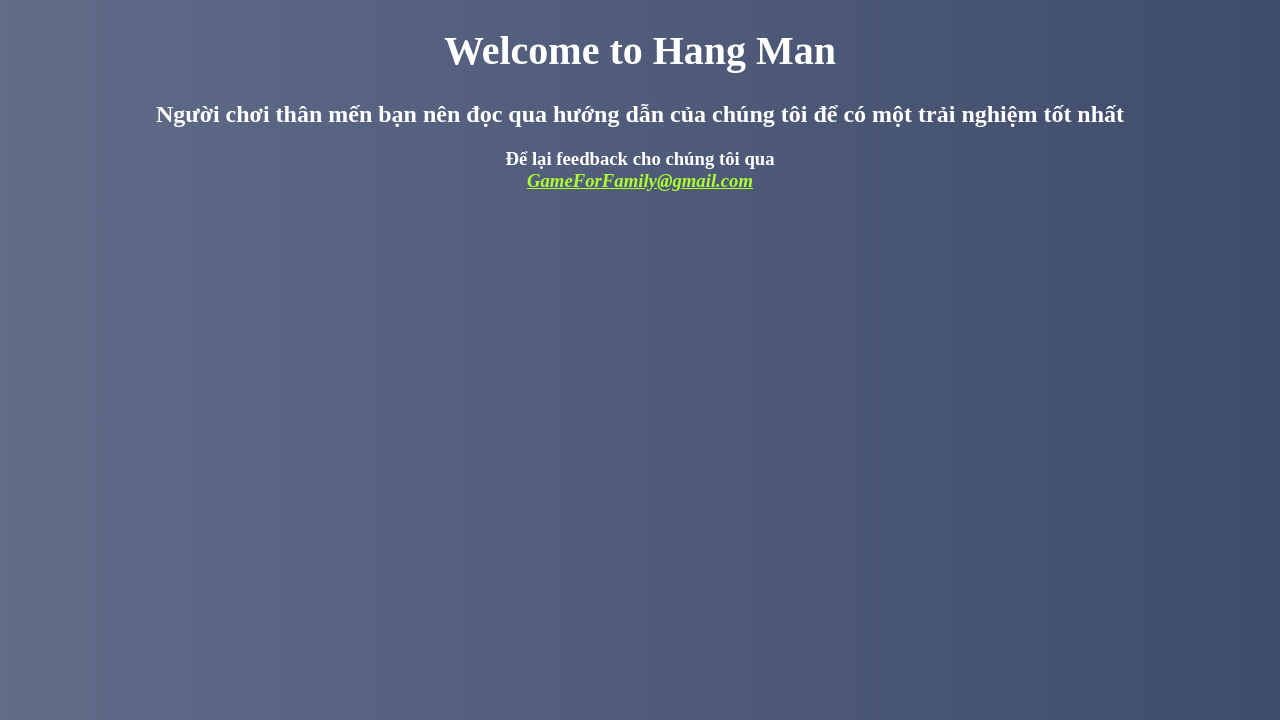
Repository: Darkingfired/Game
Page: hangman.html
An editor plug-in stored every save of this project. The page is shown before and after the next save, followed by the edit.
The browser window is 1280 px wide. The pictures show the whole page.

Above is the page before, as saved 2022-10-05 12:57:10.

### hangman.html
<!DOCTYPE html>
<html lang="en">
<head>
    <meta charset="UTF-8">
    <meta http-equiv="X-UA-Compatible" content="IE=edge">
    <meta name="viewport" content="width=device-width, initial-scale=1.0">
    <link rel="stylesheet" href="style.css"/>
    <script defer src="Game.js"></script>
    <title>Hang Man game</title>
</head>
<body>
    <h1>Welcome to Hang Man</h1>
    <h2>Người chơi thân mến bạn nên đọc qua hướng dẫn của chúng tôi để có một trải nghiệm tốt nhất</h2>
    <h3>Để lại feedback cho chúng tôi qua<address><a href="mailto:">GameForFamily@gmail.com</a></address></h3>
</body>
</html>

### style.css
body {
  /** background-image: linear-gradient(to right, #f46b45, #eea849); */
  background-image: linear-gradient(to right, #606c88, #3f4c6b);
  color: white;
  text-align: center;
}
.wrapper {
  width: fit-content;
  margin: auto;
}
.hint-div {
  display: flex;
  color: chartreuse;
}
.hint-button,
.reset-button,
.notification-button {
  cursor: pointer;
}
.reset-button {
  margin-left: auto;
}
.alpha {
  width: 2rem;
  height: 2rem;
  background: #ffe5b4;
  border: none;
  border-radius: 4px;
  margin: 3px;
  cursor: pointer;
}
.alpha:hover {
  background-color: #e75480;
  border: none;
}
.disabled {
  pointer-events: none;
  background-color: darkgray;
}

.word-div {
  display: inline-flex;
}
.word {
  margin-right: 1.5rem;
}
.notification {
  position: absolute;
  top: 50%;
  left: 50%;
  transform: translate(-50%, -50%);
  background: #fc6c85;
  width: 20rem;
  padding: 20px 10px;
  border-radius: 4px;
  box-shadow: 3px 3px 1px 1px rgba(0, 0, 0, 0.2);
}
.blur {
  filter: blur(2px);
}
.hidden {
  display: none;
}
form {
  display: block;
  font-size: 30px;
}
h1{
  font-size: 40px;
}
label{
  font-size: 40px;
}
input{
  font-size: 20px;
}
a{
  color:greenyellow;
}

Loaded but not shown: Game.js (no stored copy; drawn as an empty file)

After the next save:
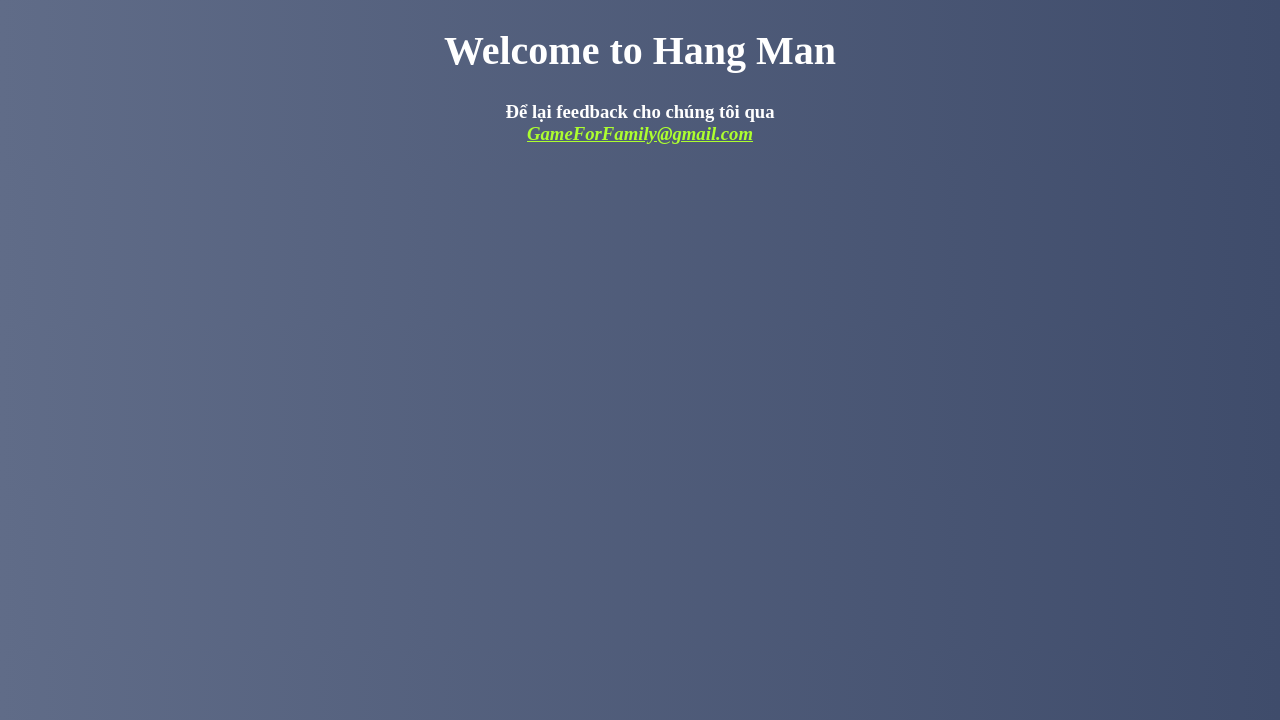
Saved 97 s later.
--- a/hangman.html
+++ b/hangman.html
@@ -10,7 +10,7 @@
 </head>
 <body>
     <h1>Welcome to Hang Man</h1>
-    <h2>Người chơi thân mến bạn nên đọc qua hướng dẫn của chúng tôi để có một trải nghiệm tốt nhất</h2>
+    <h2></h2>
     <h3>Để lại feedback cho chúng tôi qua<address><a href="mailto:">GameForFamily@gmail.com</a></address></h3>
 </body>
 </html>
